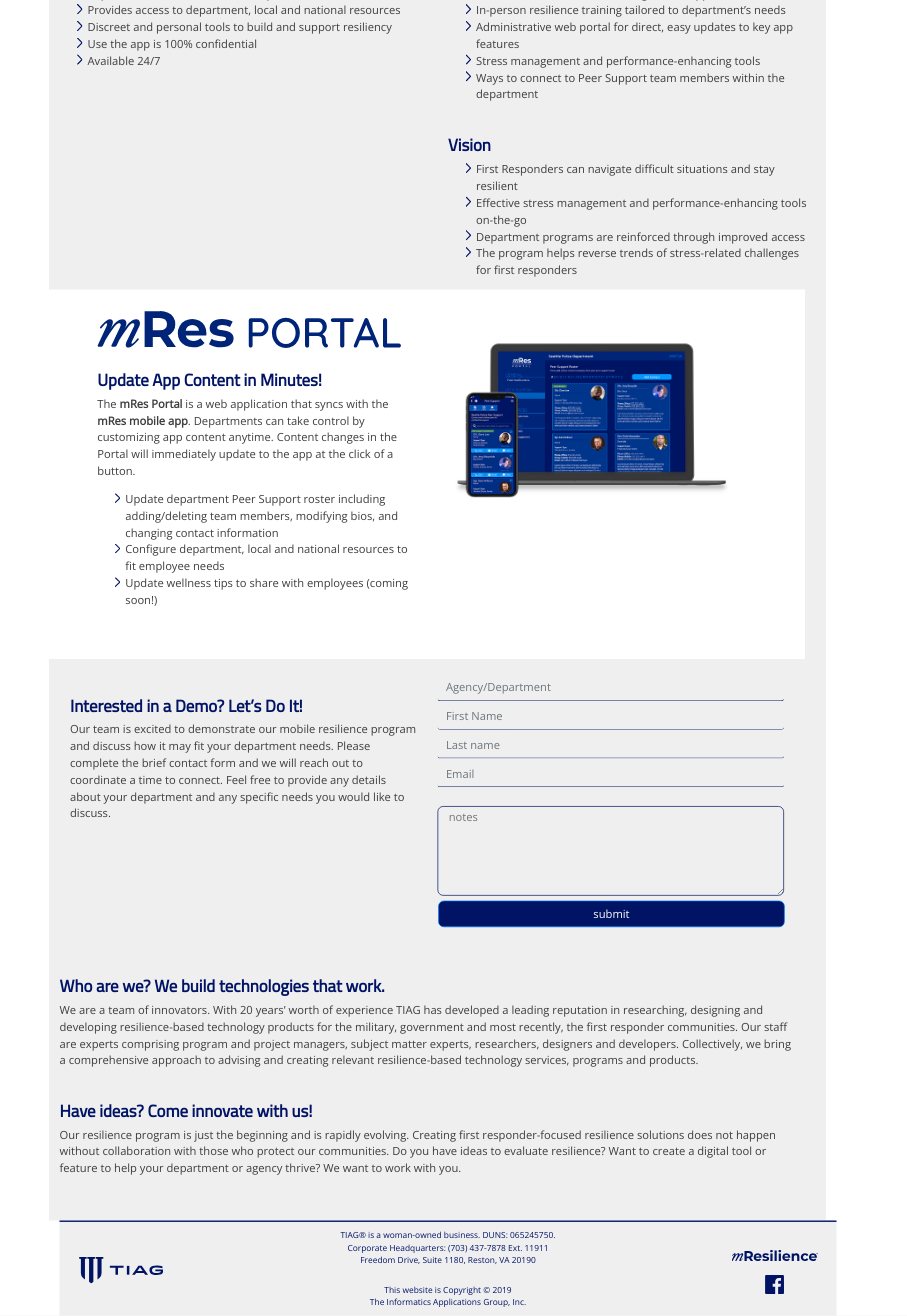
Repository: shenjune/mResilienceWebsite
Page: index.html
An editor plug-in stored every save of this project. The page is shown before and after the next save, followed by the edit.
The browser window is 1280 px wide. The page is 1295 px wide, so the pictures cover 1295 px, including what lies to the right of the window. The pictures show the part of the page from y = 1431 to 3311 px (the page is 3311 px tall before and 3292 px after), at 70% of full size.
Some web libraries are served in a nearby version.

Above is the page before, as saved 2019-11-11 08:52:22.

### index.html
<!doctype html>
<html lang="en">
<head>
	<title>TIAG mResilience</title>
	<!-- Required meta tags -->
	<meta charset="utf-8">
	<meta name="viewport" content="width=device-width, initial-scale=1, shrink-to-fit=no">

	<!-- NOTE: moved reset to before all other stylesheets -->
	<link rel="reset" href="./Assets/reset.css">

	<!-- Google Fonts -->
	<link href="https://fonts.googleapis.com/css?family=Titillium+Web&display=swap" rel="stylesheet">
	<link href="https://fonts.googleapis.com/css?family=Open+Sans&display=swap" rel="stylesheet">

	<!-- Bootstrap CSS -->
	<link rel="stylesheet" href="https://stackpath.bootstrapcdn.com/bootstrap/4.3.1/css/bootstrap.min.css" integrity="sha384-ggOyR0iXCbMQv3Xipma34MD+dH/1fQ784/j6cY/iJTQUOhcWr7x9JvoRxT2MZw1T" crossorigin="anonymous">

	<!-- Font Awesome CSS Icons (For cool glyphicons) -->
	<link rel="stylesheet" href="https://maxcdn.bootstrapcdn.com/font-awesome/4.5.0/css/font-awesome.min.css" />

	<!-- CSS Stylesheet -->
	<!-- NOTE: removed `media="screen"` attribute below since there's only one custom stylesheet -->
	<link rel="stylesheet" href="style.css"/>

</head>

<body>

<!-- 01 Nav -->
	<nav class="navbar navbar-expand-lg nav-bg-color navbar-light" id="nav">
		<a class="navbar-brand" href="#">
			<img src="Assets/Images/mResFullLogo1.svg" alt="mResilience Logo" class="img-fluid">
		</a>
		<button class="navbar-toggler" type="button" data-toggle="collapse" data-target="#navbarSupportedContent" aria-controls="navbarSupportedContent" aria-expanded="false" aria-label="Toggle navigation">
			<span class="navbar-toggler-icon"></span>
		</button>

		<!--Start of NavBar links-->
		<div class="collapse navbar-collapse titillium-font" id="navbarSupportedContent">
			<ul class="navbar-nav ml-auto">
			<!--NavBar Main Link-->
				<li class="nav-item">
					<a class="nav-link" href="#main"><h5 class= "secondFont">Main</h5><span class="sr-only">(current)</span></a>
				</li>
				<!--NavBar Why Link-->
				<li class="nav-item">
					<a class="nav-link" href="#why"><h5 class= "secondFont">The Why</h5></a>
				</li>
				<!--NavBar Features Link-->
				<li class="nav-item">
					<a class="nav-link" href="#portal-div"><h5 class= "secondFont">Features</h5></a>
				</li>
				<!--NavBar Contact Link-->
				<li class="nav-item">
					<a class="nav-link" href="#back-form"><h5 class= "secondFont">Contact</h5></a>
				</li>
				<!--NavBar About Link-->
				<li class="nav-item">
					<a class="nav-link" href="#about"><h5 class= "secondFont">About</h5></a>
				</li>
				<!--NavBar Facebook Link-->
				<li class="nav-item" id="nav-fb">
					<a href="https://www.facebook.com/mresilience/"  target= "_blank" class="nav-link"><img src="Assets/Images/Facebook.svg" alt="facebook logo"></a>
				</li>
				<!--NavBar TIAG Link to www.tiag.net-->
				<li class="nav-item" id="nav-tiag">
					<a href="http://tiag.net" target="_blank" class="nav-link"><img src="Assets/Images/TIAGlogo.svg" height="25Spx" alt="TIAG logo"></a>
				</li>
			</ul>
		</div>
	</nav>

	<!-- 02 Main -->
	<div class="row" id="splash">
		<div class="col-lg-7 ml-auto col-sm-12">
			<img src="Assets/Images/01MainPhone.png" width="100%">
		</div>
		<div class="align-left col-lg-5 ml-auto ">
			<!-- Beginning header image and opening paragraph -->
			<img src="Assets/Images/mResLogo.svg" alt="mResLogo" class="mobilePadding" id="mResLogo">
			<h4 class="secondFont mobilePadding">
				Mobile App for First Responders
			</h4>
			<p class="lead mobilePadding" id="leadText">A customizable resilience-building app available 24/7 that provides direct access to peer support, department supported resources, and stress management tools.</p>
		</div>

		<div class="col-12" id="mainBottomImage">
			<!-- NOTE: style this image using id or class in the stylesheet -->
			<img src="Assets/Images/02MainFooterImage.png" id="mainBottomImage" alt="image of first responders">
		</div>
	</div>

	<div class="container" id="main">
		<!-- 03 The Why -->
		<div id="why" class="container row">
			<!-- <div class="row"> -->
				<div class="col-12" id= "3A">
					<!-- 03A: First Responder Challenges section-->
					<div class="row" id="challengesHeader">
						<h4 class="invert">First Responder Challenges</h4>
					</div>

					<!-- 03A: First Responder Challenges text -->
					<div class="row" id="challengeStatement">
						<p>First responders put resilience to the test every day. The ability to “bounce back” is critical to do the work of protecting and saving lives. But the challenges of first responder work hit at the core. <strong>Strengthening</strong> and <strongaintaining resilience</strong> are the cornerstone of any prevention program.</p>
					</div>

					<!-- 03A: Bullet Points -->
					<div class="row" id="titles">
						<!-- STRESS SECTION -->
						<div class="col-lg-6 col-sm-12" id="stressSubHeader">
							<h4 class= "secondFont">Effects of Stress & Trauma</h4>
							<!-- STRESS PTS -->
							<div class="row">
							<!-- STRESS BULLET POINTS I-->
								<div class="col-6" >
									<ul class="checkBullets">
										<li>Burnout</li>
										<li>Obesity</li>
										<li>Substance Abuse</li>
										<li>PTSD</li>
										<li>Depression</li>
									</ul>
								</div>
						<!-- STRESS BULLET POINTS PT II-->
								<div class="col-6" >
									<ul class="checkBullets">
										<li>Anxiety</li>
										<li>Domestic Abuse</li>
										<li>Suicide</li>
										<li>Poor cardiac health</li>
										<li>Agitation/Anger</li>
									</ul>
								</div>
							</div>
						</div>

						<!-- DEPARTMENT SECTION -->
						<div class="col-lg-6 col-sm-12" id="challengesSubHeader">
							<h4 class= "secondFont">Department Challenges</h4>
							<div class="row">
							<!-- DEPARTMENT PTS -->
								<div class="col-12" id="challengebullets">
									<ul class= "exPt">
										<li>Impact of stress on productivity, performance and retention</li>
										<li>Cost-effective ways to address the mental challenges of the job</li>
										<li>The stigma against seeking psychological help</li>
									</ul>
								</div>
							</div>
						</div>
					</div>
				</div>
			<!-- </div> -->

			<!--03B: The Solution Section-->
			<div id="solutionSection">
				<!-- Solution Title -->
				<div class="row" id="solutionHeader">
					<h4 class="invert">The Solution</h4>
				</div>

				<!-- Solution Statement -->
				<div class="row" id="solutionStatement">
					<p>mResilience is a customized program, licensed to first responder agencies to develop, maintain, and rebuild psychological resilience. It’s a combination of <strong>in-person training</strong> and <strong>a companion mobile application</strong>.</p>
				</div>

				<!-- Solution Bullet Points -->
				<div class="row" id="titles2">
					<div class="col-lg-6 ml-auto col-sm-12" id="whymResSubHeader">
						<h4 class="secondFont">Why mResilience</h4>
						<ul class="arrow" id="whyBullets">
							<li>Capitalize on the values of first responders</li>
							<li>Provides access to department, local and national resources</li>
							<li>Discreet and personal tools to build and support resiliency</li>
							<li>Use the app is 100% confidential</li>
							<li>Available 24/7</li>
						</ul>
					</div>

				<!-- <div id="programOffers"> -->
					<div class="col-lg-6 ml-auto col-sm-12" id="programSubHeader">
						<h4 class="secondFont">Program Offers</h4>
						<ul class="arrow" id="offerBullets">
							<li>Customizable, resilience-building mobile app</li>
							<li>In-person resilience training tailored to department’s needs</li>
							<li>Administrative web portal for direct, easy updates to key app features</li>
							<li>Stress management and performance-enhancing tools</li>
							<li>Ways to connect to Peer Support team members within the department</li>
						</ul>
					</div>
				</div>

				<!-- Vision Bullet Points -->
				<!-- need to add align left to this div -->
				<div class="row">
					<div class="col-lg-6 ml-auto col-sm-12" id="visionSubheader">
						<h4 class="secondFont">Vision</h4>
						<ul class="arrow">
							<li>First Responders can navigate difficult situations and stay resilient</li>
							<li>Effective stress management and performance-enhancing tools on-the-go</li>
							<li>Department programs are reinforced through improved access</li>
							<li>The program helps reverse trends of stress-related challenges for first responders</li>
						</ul>
					</div>
				</div>
			</div>
		</!-->

		<!-- 04 PORTAL DIV -->
		<div id="portal-div" class="container row">
			<!-- div for the portal text -->
			<div class="col-lg-6 ml-auto col-sm-12">
				<img id="portallogo" src="Assets/Images/portallogo2.svg" alt="mResLogo">
				<h4 class= "secondFont">Update App Content in Minutes!</h4>
				<p>The <strong>mRes Portal</strong> is a web application that syncs with the <strong>mRes mobile app</strong>. Departments can take control by customizing app content anytime. Content changes in the Portal will immediately update to the app at the click of a button.</p>

				<ul class="arrow">
					<li>Update department Peer Support roster including adding/deleting team members, modifying bios, and changing contact information</li>
					<li>Configure department, local and national resources to fit employee needs</li>
					<li>Update wellness tips to share with employees (coming soon!)</li>
				</ul>
			</div>

		<!-- div for the Feature images -->
			<div class="col-lg-6 col-sm-12">
				<img id='portalImg' src="Assets/Images/portal.png" alt="portalImg">
			</div>
		</div>

		<!---- 05 Contact Form ---->
		<div id="back-form" class="container mobilePadding2 row">
			<div class="col-lg-6 col-sm-12">
				<h4 class="secondFont">Interested in a Demo? Let’s Do It!</h4>
				<p>Our team is excited to demonstrate our mobile resilience program and discuss how it may fit your department needs. Please complete the brief contact form and we will reach out to coordinate a time to connect. Feel free to provide any details about your department and any specific needs you would like to discuss.</p>
			</div>

			<form class= "col-lg-6 col-sm-12" id="back-form2">
			<!-- INPUT SECTION -->
				<div class="form-group" >
					<!-- Department input -->
					<input type="text" class="form-control input-border" id="user-dept" placeholder="Agency/Department">

					<!-- First name input -->
					<input type="text" class="form-control input-border" id="user-name" placeholder="First Name">

					<!-- Last name input -->
					<input type="text" class="form-control input-border" id="user-last-name" placeholder="Last name">

					<!-- Email input -->
					<input type="email" class="form-control input-border" id="user-email" placeholder="Email">

					<!-- Notes input -->
					<label for="message"></label>
					<textarea class="col-lg-12" id="message" name="message" required="required" placeholder="notes"></textarea>

				<!-- Submit button -->
					<button type="submit" class="btn btn-primary" id="send">submit</button>
				</div>
			</form>
		</div>

		<!--06 About TIAG goes here-->
		<div id="about" class="container mobilePadding2 row">
			<h4 class="secondFont" id="whoWeAre">
				<strong>Who are we?</strong>  We build technologies that work.
			</h4>
			<p id ="whoWeAreP">We are a team of innovators. With 20 years’ worth of experience TIAG has developed a leading reputation in researching, designing and developing resilience-based technology products for the military, government and most recently, the first responder communities. Our staff are experts comprising program and project managers, subject matter experts, researchers, designers and developers. Collectively, we bring a comprehensive approach to advising and creating relevant resilience-based technology services, programs and products.</p>
			<h4 class="secondFont" id="haveIdeas">
				<strong>Have ideas?</strong> Come innovate with us!
			</h4>
			<p id="haveIdeasP">Our resilience program is just the beginning and is rapidly evolving. Creating first responder-focused resilience solutions does not happen without collaboration with those who protect our communities. Do you have ideas to evaluate resilience? Want to create a digital tool or feature to help your department or agency thrive? We want to work with you.</p>
			<br>
		</div>
	</div>

	<!-- FOOTER FOR THE WEBSITE -->
	<footer class="footer">
		<div id= "footer-row" class="row">
		<!-- footer conditions in Javascript will reference this div -->
		</div>
	</footer>

	<!-- Optional JavaScript -->
	<!-- jQuery first, then Popper.js, then Bootstrap JS -->
	<script src="https://code.jquery.com/jquery-3.1.1.min.js"></script>
	<script src="https://cdnjs.cloudflare.com/ajax/libs/twitter-bootstrap/4.0.0/js/bootstrap.bundle.min.js"></script>

	<!-- commented out to make nytimes api work -->
	<!-- <script src="https://code.jquery.com/jquery-3.3.1.slim.min.js" integrity="sha384-q8i/X+965DzO0rT7abK41JStQIAqVgRVzpbzo5smXKp4YfRvH+8abtTE1Pi6jizo" crossorigin="anonymous"></script> -->
	<script src="https://cdnjs.cloudflare.com/ajax/libs/popper.js/1.14.7/umd/popper.min.js" integrity="sha384-UO2eT0CpHqdSJQ6hJty5KVphtPhzWj9WO1clHTMGa3JDZwrnQq4sF86dIHNDz0W1" crossorigin="anonymous"></script>
	<script src="https://stackpath.bootstrapcdn.com/bootstrap/4.3.1/js/bootstrap.min.js" integrity="sha384-JjSmVgyd0p3pXB1rRibZUAYoIIy6OrQ6VrjIEaFf/nJGzIxFDsf4x0xIM+B07jRM" crossorigin="anonymous"></script>

	<!-- script link to send email from contact form to tiag -->
	<script src="https://smtpjs.com/v3/smtp.js"></script>
	<script src="script.js"></script>

</body>
</html>

### style.css
/* BODY */

body {
    /*  APPLIES OPEN SANS WITH GREY COLOR TO WHOLE PAGE */
    /*  Desired effect is making all text the grey and sans */
    font-family: 'Open Sans', sans-serif;
    color: #3e3e3e;
    width: 100%;
    font-weight: normal;
}

/*  CLASS FOR TITILLIUM FONT WITH BLUE COLOR */

.secondFont {
    font-family: 'Titillium Web', sans-serif;
    color: #001365;
    font-weight: bold;
}

/*  CLASS FOR INVERTED HEADER */

.invert {
    margin-top: 15px;
    font-family: 'Titillium Web', sans-serif;
    color: #eeeeee;
    background-color: #001365;
    padding: 10px;
    padding-left: 15px;
}

/* 01 Nav */

/*scroll-behavior animation for Chrome and FoxFire*/
html {
    scroll-behavior: smooth;
}

#nav{
    position: fixed;
    z-index: 1;
}

nav {
    background-color: #efefef;
    border-bottom: 2px solid #001365;
    top: 0;
    width: 100%;
}

.nav-link {
    margin-right: 15px;
    padding: 5px;
    margin-top: 0px;
    align-items: center;
    justify-content: center;
    }

.nav-link h5:hover {
    font-family: 'Titillium Web', sans-serif;
    color: #eeeeee;
    background-color: #001365;
    }


/* 02 Main Section */

div#main.row{
    margin-top: 8%;
}

#main h4 {
    margin-top: 30px;
}

#mResLogo {
    margin-top: 5%;
}

#mainBottomImage {
    width: 100%;
    height: auto;
    margin: 0 auto;
    position: relative;
    top: 0;
    bottom:0;
    z-index: -1;
}
/* White mResilience Logo that overlays on the people picture under the mobile app image in 02. Main section*/
/*div img#whiteLogo {
    margin: 10% 35%;
    position: absolute;
} */

/* 03 The Why Section */

#why {
    background:#efefef;
    padding-bottom: 2%;
}

.checkBullets {
    list-style-image: url('Assets/Images/02checkmark.svg');
}

.exPt {
    list-style-image: url('Assets/Images/02exclamation.svg');
}

.arrow {
    list-style-image: url('Assets/Images/02arrow.svg')
}

/* 04 Portal Section*/

#portal-div {
    color:#3e3e3e;
    background:white;
    width:100%;
    padding-top: 2%;
    padding-left: 5%;
    padding-right: 5%;
    padding-bottom:5%;
}

#portallogo {
    height: 12%;
    margin-top: 2%;

}

#portalImg {
    width:100%;
    height:auto;
    padding-top: 8%;
    padding-right:3%;
}

/* 05 contact form */

#back-form {
    background:#efefef;
    padding-top: 2%;
    padding-bottom: 2%;
}
div.container div.row h4.secondFont{
    padding-top: 0%;
}

div.container div.row form#back-form.col-lg-6.col-sm-12{
    padding-top:2%;
    padding-left: 0%;
}
/* 05 Contact form border & background color by ID */

.input-row {
    margin-top:10px;
    margin-bottom:10px;
}

#user-dept {
    background:#efefef;
}

#user-name {
    background:#efefef;
}

#user-last-name {
    background:#efefef;
}

#user-email {
    background:#efefef;
}

#message{
    border-radius: 8px;
    height: 8em;
    border: 1.5px solid #001365;
    background:#efefef;
}

.input-border {
    border-style: none;
    border-bottom: 1.5px solid #001365;
    margin-bottom: .20em;
}

#send{
    width: 100%;
    margin: 1px;
    background-color: #001365;
    border-radius:8px;
}

#send:hover{
    background-color: #EFEFEF;
    color:#001365;
}

/*Footer*/
.footer {
    border-top: 2px solid #001365;
    padding: 10px;
    bottom: 0;
    width: 100%;
    background: #efefef;
    text-align: center;
    color: #001365;
    float: left;

}

.pFooter {
    font-size: 12px;
    margin: 0px;
    line-height: 1.5em;
}

.footerImage {
    padding: 10px;
    margin-left: auto;
    margin-right: auto;
}

h3 {
    color: #001365;
}

/* when the screen is mobile the padding for the 02 Main section and 06 About sections are given more space for readability */
@media only screen and (max-width:600px){
    .mobilePadding {
        padding-left:13%;
        padding-right: 5%;
    }

    .mobilePadding2 {
        padding-left: 8%;
        padding-right: 5%;
    }

    #portallogo {
        height: 10%;
        padding-bottom: 3%;
    }
};

/* when the screen is for a desktop the padding for the 02 Main is change for nicer visual spacing */
@media only screen and (min-width: 768px) {
    #leadText {
        padding-right: 15%;
    }

    #portallogo {
        height: 12%;
        padding-bottom: 3%;
    }
};

### script.js
//IN THIS FILE:
// 06. Code for Footer styling for device size
// 04. Code for Email Validation API (requirement for class).

'use strict';

var department; // not sure we will need this one
var name;
var lastName;
var emailAddress;
var comments;
var x = window.matchMedia("(max-width: 700px)");

//O6. FOOTER
// foot icons
var icon1=$('<a target="_blank" href="http://tiag.net/"><img class= "footerImage center-block" src= "Assets/Images/TIAGlogo.svg" alt= "TIAGlogo" style= "margin-top: 30px;"></a>');
var icon2=$('<img class= "footerImage" src= "Assets/Images/mresilience_sm_blue.svg" alt= "mresilience_sm_blue" style= "margin-top: 20px;">');
var icon3=$('<a target="_blank" href="https://www.facebook.com/mresilience/"><img class= "footerImage" src= "Assets/Images/Facebook.svg" alt="fbLogo"></a>');

// footer text
var p1 =$('<p class= "pFooter"> TIAG® is a woman-owned business. DUNS: 065245750.</p>');
var p2 =$('<p class= "pFooter"> Corporate Headquarters: (703) 437-7878 Ext. 11911 </p>');
var p3 =$('<p class= "pFooter"> Freedom Drive, Suite 1180, Reston, VA 20190 </p>');
var p4 =$('<p class= "pFooter"> This website is Copyright © 2019 </p>');
var p5 =$('<p class= "pFooter"> The Informatics Applications Group, Inc. </p>');

function checkMobile(x){
    if(x.matches) {
        $('#footer-row').empty();
        var mobileMiddle1 = $("<div id= 'footer-body' class= 'col-sm-12'>").appendTo('#footer-row');
            // adding Text
            $(p1).appendTo(mobileMiddle1);
            $(p2).appendTo(mobileMiddle1);
            $(p3).appendTo(mobileMiddle1);
            $('<br>').appendTo(mobileMiddle1);
            $(p4).appendTo(mobileMiddle1);
            $(p5).appendTo(mobileMiddle1);

        var mobileMiddle2 = $("<div style= 'width:100%' class= 'col-sm-12'>").appendTo('#footer-row');
            // adding icons
            $(icon1).appendTo(mobileMiddle2);
            $(icon2).appendTo(mobileMiddle2);
            $(icon3).appendTo(mobileMiddle2);
    }
    else {
        $('#footer-row').empty();

         // adds first icon to the footer (left)
        var leftSide= $("<div class= 'col-2'>").appendTo('#footer-row');
        $(icon1).appendTo(leftSide);

         // adds footer text to the footer (middle)
        var middleSide= $("<div id= 'footer-body' class= 'col-8'>").appendTo('#footer-row');
        $(p1).appendTo(middleSide);
        $(p2).appendTo(middleSide);
        $(p3).appendTo(middleSide);
        $('<br>').appendTo(middleSide);
        $(p4).appendTo(middleSide);
        $(p5).appendTo(middleSide);

         // adds icons to the footer (right)
        var rightSide= $("<div class= 'col-2'>").appendTo('#footer-row');
        $(icon2).appendTo(rightSide);
        $(icon3).appendTo(rightSide);
    }
}

checkMobile(x); // call function at run time
x.addListener(checkMobile); // attatch listener function on state change



//04 CONTACT FORM with Email Validation API//

// function to gather the contact info
function contact() {
    name = $('#user-name').val().trim();
    emailAddress = $('#user-email').val().trim();
    comments = $('#message').val().trim();
};

// Email Validation
var access_key = '7f95822a0882fc130f048a764288d1c1';
var email_address = 'support@apilayer.com';
function validateEmail(cb) {
    // verify email address via AJAX call
    return $.ajax({
        url: 'https://apilayer.net/api/check?access_key=' + access_key + '&email=' + emailAddress,
        dataType: 'jsonp',
        success: function (json) {
            // console.log(json);
            // Access and use your preferred validation result objects
            // console.log(json.format_valid);
            // console.log(json.smtp_check);
            // console.log(json.score);
            // cb(format_valid, smtp_check)
            return json
        }
    });
};

// click event on submit button will get contact() to run
$('#back-form').on('submit', async function (stop) {
    stop.preventDefault();
    contact();
//$('#user-name').empty();

    var validate = await validateEmail();
    // console.log(validate)
    const { format_valid, smtp_check } = validate;

    // if validEmail is true, alert to the user, enter in a valid email
    if (smtp_check === true && format_valid === true) {

        Email.send({
            Host: 'smtp25.elasticemail.com',
            Username: 'marinocarranza@hotmail.com',
            Password: 'a5b01d0e-fdfe-4593-8205-cb8f0d332406',
            To: 'jjune@tiag.net',    //my preferred email
            From: 'marinocarranza@hotmail.com',  //user input
            Subject: `${name} PORTFOLIO feedback`,    // user input
            Body: `${name} had this to say: ${comments}    ===>  Write back at ${emailAddress}`   // will come from user input in the comment form
        }).then(
            message => alert("Thank you for your feedback! An mResilience member will get back to you soon!")    // when email sends
        )}else {
        alert('Please provide valid email');    // when email is invalid
    };

    //$('#back-form').reset();
    $("#user-dept").val("");
    $("#user-name").val("");
    $("#user-last-name").val("");
    $("#user-email").val("");
    $("#message").val("");
});

After the next save:
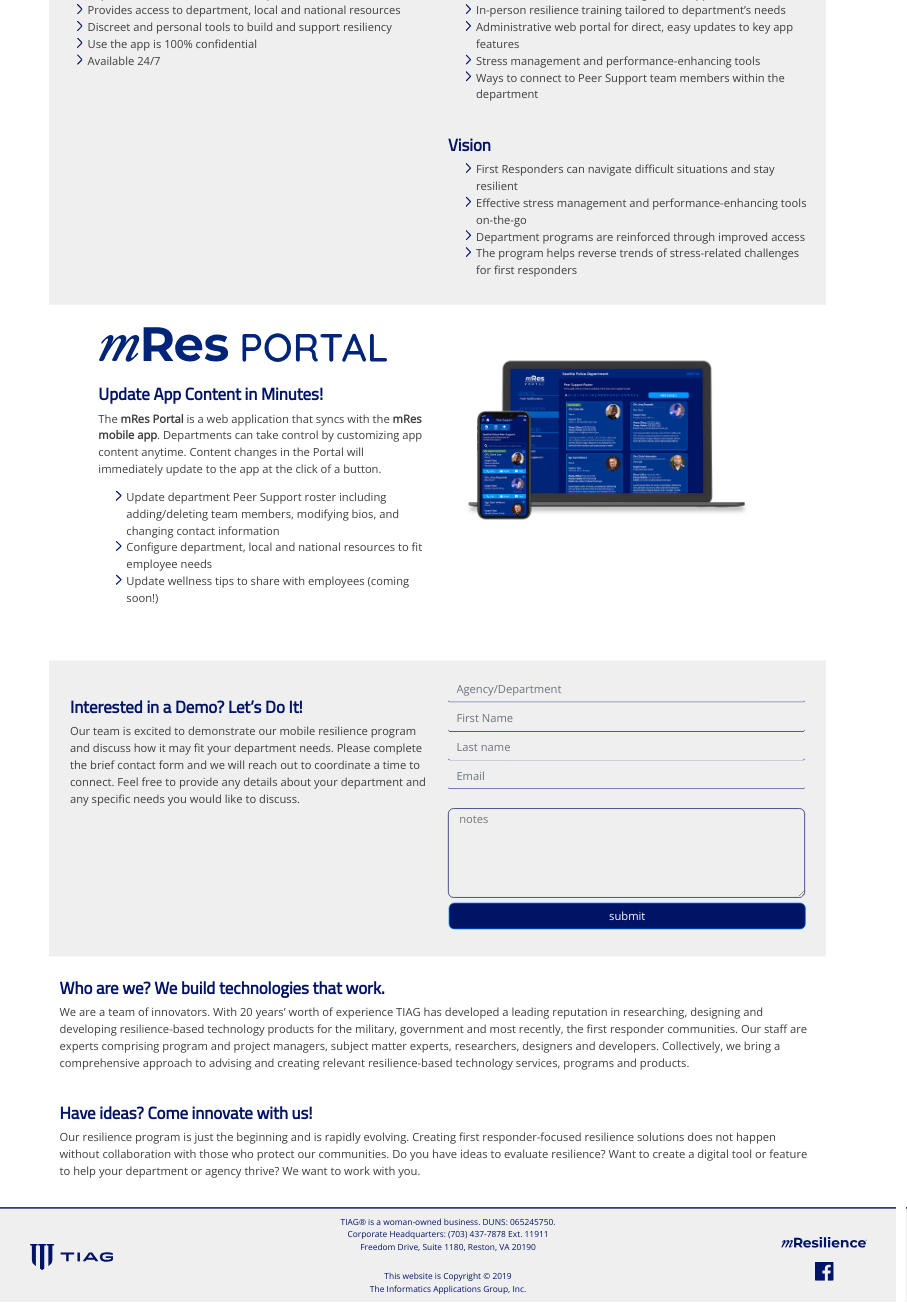
Saved 5 s later.
--- a/index.html
+++ b/index.html
@@ -206,7 +206,7 @@
 					</div>
 				</div>
 			</div>
-		</!-->
+		</div>
 
 		<!-- 04 PORTAL DIV -->
 		<div id="portal-div" class="container row">
